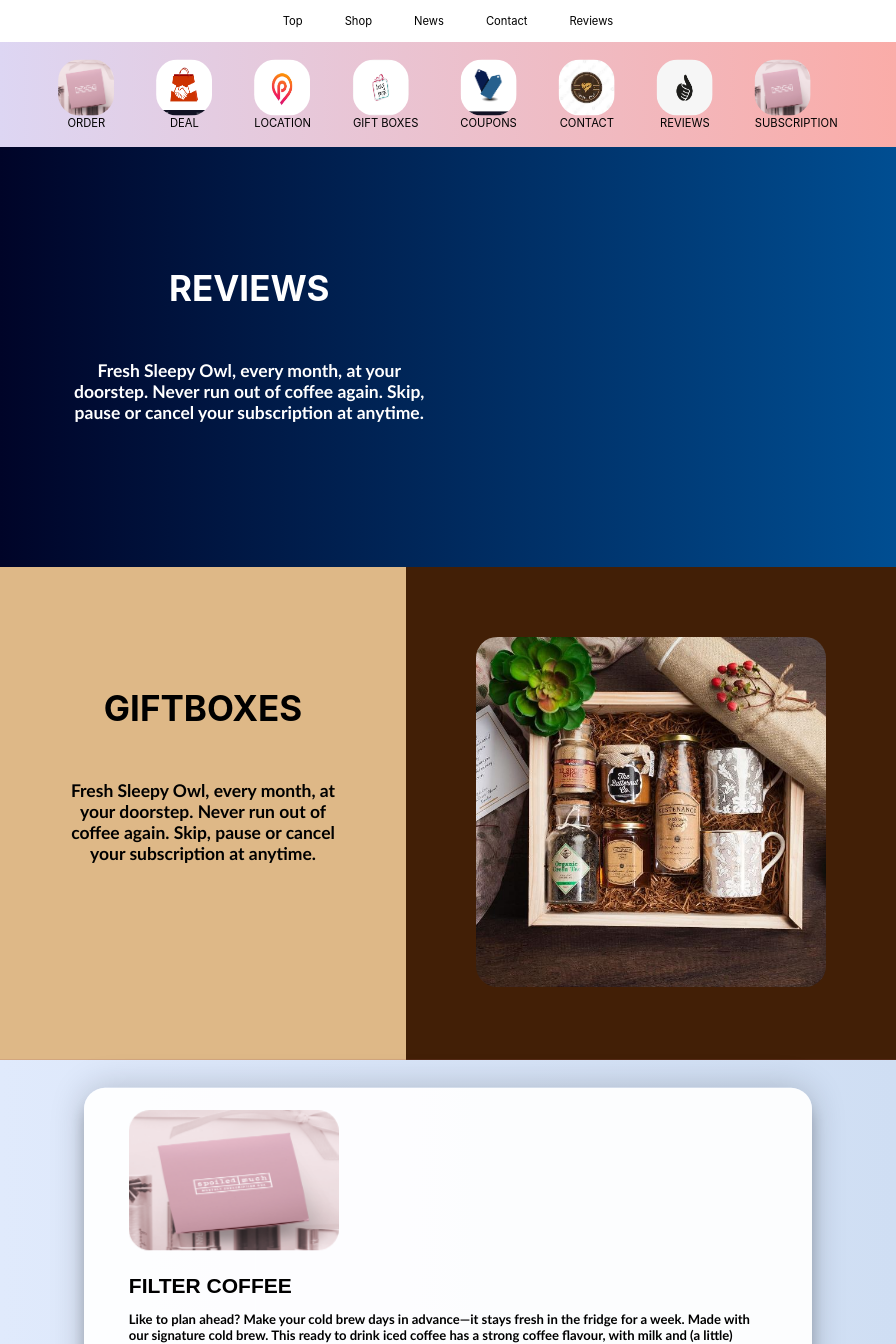
Repository: tusharpasricha/owlsomecoffee
Page: /
An editor plug-in stored every save of this project. The page is shown before and after the next save, followed by the edit.
The browser window is 1280 px wide. The pictures show the part of the page from y = 0 to 1920 px (the page is 3892 px tall), at 70% of full size.
Some web fonts or font styles are not loaded; a fallback is used. The project was rebuilt for these pictures with package versions that can differ from the ones it lists, and the page was loaded fresh each time. Also part of the build but not shown: src/components/coupons.css, src/components/coupons.js, src/components/order.css, src/components/order.js, src/components/location.css, src/components/location.js.

Above is the page before, as saved 2021-09-28 10:40:48.

### src/App.js

//import './App.css';
import Navbar from './components/navbar';
import Bar from './components/bar';
import Subs from './components/subscription';
import Review from './components/review';
import Coupons from './components/coupons';
import Order from './components/order';
import Giftboxes from './components/giftboxes';
import Location from './components/location';
import Deal from './components/deal';
import Beforefootor from './components/beforefootor';
import Footor from './components/footor';
import Blank from './components/blank';
import Contact from './components/contact'










function App() {
  return (
    <div className="App">
     <Navbar></Navbar>
     <Blank></Blank>
     <Bar></Bar>

     <Review></Review>
     <Giftboxes></Giftboxes>
     <Deal></Deal>
     {/* <Order></Order>
     <Location></Location>


     <Coupons></Coupons> */}

     <Contact></Contact>
     <Subs></Subs>
     <Beforefootor></Beforefootor>
    <Footor></Footor>
    </div>
  );
}

export default App;

### src/components/navbar.js
import React from 'react'
import './navbar.css'
import {animateScroll as scroll} from 'react-scroll';
const Navbar = () => {
    return (
      <header className="mobileNav">
    <div className="nav">
<ul className="options">
  <li onClick={(()=> scroll.scrollToTop())}>
  Top</li>
  <li><a href="default.asp">Shop</a></li>
  <li><a href="news.asp">News</a></li>
  <li><a href="contact.asp">Contact</a></li>
  <li><a href="about.asp">Reviews</a></li>
</ul>
    </div>
    </header>
    )
}

export default Navbar

### src/components/bar.js
import React from 'react';
import {Link} from 'react-scroll';
import './bar.css';
import order from './order.jpg';
import deal from './deal.jpg';
import location from './location.jpg';
import coupon from './coupon.jpg';
import gift from './gift.jpg';
import review from './review.jpg';
import subscription from './subscription.png';
import logo from './logo.jfif';

const Bar = () => {
    return (
        <div className="bar">
<ul>
  <li> <img src={subscription}></img> <Link to="order" smooth={true} duration={1000}>ORDER</Link></li>
  <li><img src={deal}></img> <Link to="deal" smooth={true} duration={1000}>DEAL</Link></li>
  <li><img src={location}></img> <Link to="location" smooth={true} duration={1000}>LOCATION</Link></li>
  <li><img src={gift}></img> <Link to="giftboxes" smooth={true} duration={1000}>GIFT BOXES</Link></li>
  <li><img src={coupon}></img> <Link to="coupons" smooth={true} duration={1000}>COUPONS</Link></li>
  <li><img src={logo}></img> <Link to="contact" smooth={true} duration={1000}>CONTACT</Link></li>
  <li><img src={review}></img> <Link to="reviews" smooth={true} duration={1000}>REVIEWS</Link></li>
  <li><img src={subscription}></img> <Link to="subs" smooth={true} duration={1000}>SUBSCRIPTION</Link></li>

</ul>
        </div>
    )
}

export default Bar

### src/components/subscription.js
import React from 'react'
import './subscription.css';

const Subs = () => {
    return (

        <div className="subs" id="subs">
        <section>
        <h1>Subscription</h1>
        <p>Fresh Sleepy Owl, every month, at your doorstep. Never run out of coffee again. Skip, pause or cancel your subscription at anytime.</p>
        </section>

        </div>

    )
}

export default Subs

### src/components/review.js
import React from 'react';
import './review.css';

const Review = () => {
    return (
        <div className="reviews" to="reviews">
        <section>
        <h1>REVIEWS</h1>
        <p>Fresh Sleepy Owl, every month, at your doorstep. Never run out of coffee again. Skip, pause or cancel your subscription at anytime.</p>
        </section>
        </div>
    )
}

export default Review

### src/components/giftboxes.js
import React from 'react';
import './giftboxes.css';
import giftbox from './giftbox.jpg';

const Giftboxes = () => {
    return (
        <div className="giftboxes" to="giftboxes">
        <section className="left">
        <h1>GIFTBOXES</h1>
        <p>Fresh Sleepy Owl, every month, at your doorstep. Never run out of coffee again. Skip, pause or cancel your subscription at anytime.</p>
        </section>
        <section className="right">
            <div className="imgbox">
            <img src={giftbox} className="gimg"></img>
            </div>
        </section>
        </div>
    )
}

export default Giftboxes

### src/components/deal.js
import React from "react";
import './deal.css';
import subscription from './subscription.png';

const Deal = () => {
    return (
        <>
        <div className="cardContainer">
            <div className="singleContainer">
                <div className="card" >
                    <div className="sneaker">
                        <img src={subscription} className="imga" alt="Socks" />
                    </div>
                    <div className="description">
                        <h2 className="title">
FILTER COFFEE</h2>
                        <h3 className="desc">Like to plan ahead? Make your cold brew days in advance—it stays fresh in the fridge for a week. Made with our signature cold brew. This ready to drink iced coffee has a strong coffee flavour, with milk and (a little) sugar.</h3>
                    </div>
                </div>
            </div>
            <div className="singleContainer">
            <div className="card" >
                <div className="sneaker">
                    <img src={subscription} className="imga" alt="Socks" />
                </div>
                <div className="description">
                    <h2 className="title">HOT BREW COFFEE</h2>
                    <h3 className="desc">Brew bags specially created by baristas to make a great cup of coffee in just a few minutes.Like to plan ahead?</h3>
                </div>
            </div>
        </div>


    </div>
    </>
    );
}

export default Deal;

### src/components/beforefootor.js
import React from 'react'
import './beforefootor.css'

const Beforefootor = () => {

    return (
        <div className="beforefootor">
            <section className="info">
                <div className="infopart">
                <p className="tag">Social</p>
                <p className="value">YOUTUBE</p>
                <p className="value">INSTAGRAM</p>
                <p className="value">FACEBOOK</p>
                <p className="value">TWITTER</p>
                </div>
            </section>
            <section className="info">
            <div className="infopart">
                <p className="tag">Contact</p>
                <p className="value">+91 7906438792</p>
                <p className="value">owlsome@gmail.com</p>
                </div>
            </section>
            {/* <section className="info">
                <div className="infopart">
                <p className="tag">Twitter</p>
                <p className="value">Sirjohnson</p>
                </div>
                <div className="infopart">
                <p className="tag">INSTAGRAM</p>
                <p className="value">sirjohnson_socks</p>
                </div>
                <div className="infopart">
                <p className="tag">FACEBOOK</p>
                <p className="value">Sir Johnson Socks</p>
                </div>
            </section> */}


        </div>
    )
}

export default Beforefootor

### src/components/footor.js
import React from 'react'
import './footor.css'

const Footor = () => {
    return (
        <div className="footor">
                owlsome
        </div>
    )
}

export default Footor

### src/components/blank.js
import React from 'react';
import './blank.css';

const Blank = () => {
    return (
        <div className="blank" to="blank">

        </div>
    )
}

export default Blank

### src/components/contact.js
import React from "react";
// import emailjs from 'emailjs-com';
import './contact.css';
// function sendEmail(e){
//     e.preventDefault();
//     console.log('submited')
//     alert("Thank you for your response")

//     emailjs.sendForm('service_v5j0w57', 'template_jckj8km', e.target, 'user_RQy2NQAr1UeMOoaw4Cpgi')
//       .then((result) => {
//           console.log(result.text);
//       }, (error) => {
//           console.log(error.text);
//       });
//       e.target.reset()
// }
const Contact = () => {
    return (
        <>
            <section className="contact" to="contact">
                <form >
                    <label htmlFor="name">Name</label>
                    <input type="text" name="name"/>
                    <label htmlFor="City">City</label>
                    <input type="text" name="city"/>
                    <label htmlFor="email">E-Mail</label>
                    <input type="email" name="email"/>
                    <label>Contact Details</label>
                    <textarea  rows="7" cols="100"  name="message" ></textarea>
                    <button type="submit">Submit</button>
                </form>
            </section>

            </>
    );
    }
export default Contact;

### src/components/navbar.css


.nav{
    position: fixed;
    background-color: rgb(255, 255, 255);
    display: flex;
    justify-content: center;
    height: 60px;
    width: 100%;
    align-items: center;

}
ul{

     display: flex;
     list-style-type: none;
     justify-content: center;
     padding: 2px;
 }
 li{
     padding-right: 40px;
     padding-left: 40px;
 }
 a{
     text-decoration: none;
     color: black;
 }

### src/components/bar.css

.bar{
    background-color: rgba(209, 94, 94, 0.74);
    display: flex;
    justify-content: center;
    height: 150px;
    width: 100%;
    align-items: center;
    background-image: linear-gradient(to right,#ddd6f3,#faaca8);
}
ul{
     display: flex;
     list-style-type: none;
     justify-content: center;
     padding: 2px;
 }
 li{
     display: flex;
     flex-direction: column;
     padding-right: 30px;
     padding-left: 30px;
     text-align: center;

 }
 a{
     text-decoration: none;
     color: black;
 }
img{

    height: 80px;
    width: 80px;
    border-radius: 30px;
}

### src/components/subscription.css
.subs{
    display: flex;
    justify-content: center;
    background-color: rgb(252, 188, 200);
    height: 500px;
    background-image: linear-gradient(to right,#dae2f8,#d6a4a4);
}
section{

    flex-direction: column;
    padding: 100px;
    width: 40%;

}
h1{
    font-size: 50px;
    text-align: center;
    font-weight: bolder;
    padding: 30px;
}
p{
    font-family: 'Trebuchet MS', 'Lucida Sans Unicode', 'Lucida Grande', 'Lucida Sans', Arial, sans-serif;
    text-align: center;
    font-weight: bold;
    font-size: 25px;
}

### src/components/review.css
.reviews{
    background-image: linear-gradient(to right, #000428,#004e92);
    background-color:rgb(0, 0, 0);
    color: white;
    height: 600px;
}

### src/components/giftboxes.css
.giftboxes{
    display: flex;
    background-color:rgb(121, 8, 8);
    flex-direction: row;
    /* height: 600px; */
}
.left{
    background-color: burlywood;
}
.right{
    background-color:rgb(66, 31, 6);

}
.imgbox{

    align-items: center;

}
.gimg{
    height: 500px;
    width: 500px;
}

### src/components/deal.css
.cardContainer {
    display: flex;
    flex-direction: column;
    background-image: linear-gradient(to right,#e0eafc,#cfdef3);
    margin: auto;
    /* perspective: 1000px; */
    padding: 20px 100px;

}

.singleContainer {
    margin-top: 40px;
    display: flex;
    flex-direction: column;

    /* align-items: center;
    justify-content: center; */
    margin: 20px;


}

.card {
    /* transform-style: preserve-3d; */
    background-color: rgba(255, 255, 255, 0.938);
    padding: 2rem 4rem;
    border-radius: 30px;
    box-shadow: 0 20px 20px rgba(0, 0, 0, 0.2), 0px 0px 50px rgba(0, 0, 0, 0.2);
}

.imga {
    width: 300px;
    height: 200px;
    z-index: 23;
    transition: all 0.75 ease-in-out;
}

.sneaker {
    margin-bottom: 30px;
    position: relative;
}

.description h2 {
    margin-bottom: 20px;
    font-size: 30px;
    font-family: 'Poppins', sans-serif;
    transition: all 0.75 ease-in-out;
}

.description h3 {
    margin-bottom: 30px;
    font-family: 'Trebuchet MS', 'Lucida Sans Unicode', 'Lucida Grande', 'Lucida Sans', Arial, sans-serif;    transition: all 0.75 ease-in-out;
}

### src/components/beforefootor.css
/* @import url('https://fonts.googleapis.com/css2?family=Style+Script&display=swap'); */

.beforefootor{
    background-image: linear-gradient(to right, #000428,#004e92);

    display: flex;
}

.info{
    color: rgba(255, 255, 255, 0.849);
    width: 33.333%;
    text-align: center;
    padding: 10PX;

}

.tag{
    color:rgba(255, 255, 255, 0.918);
    font-family: 'Trebuchet MS', 'Lucida Sans Unicode', 'Lucida Grande', 'Lucida Sans', Arial, sans-serif;
}
.value{
 color: rgba(255, 255, 255, 0.87);
 font-family: 'Trebuchet MS', 'Lucida Sans Unicode', 'Lucida Grande', 'Lucida Sans', Arial, sans-serif;
 font-size: 15px;
}

### src/components/footor.css
@import url('https://fonts.googleapis.com/css2?family=Style+Script&display=swap');

.footor{
    padding: 5px;
    margin-top: 2px;
    text-align: center;
    color: white;
    background-color: black;
    font-Family: 'Style Script';
  font-size: 30px;
  }

### src/components/blank.css
.blank{
    background-color:rgb(207, 162, 162);
    height: 60px;
}

### src/components/contact.css
@import url('https://fonts.googleapis.com/css2?family=Roboto+Mono:wght@500&display=swap');

.contact{

    padding: 30px;
}
form {
    /* border: 2px solid coral; */
    width: 50%;
    margin: auto;
    display: flex;

    flex-direction: column;
    padding: 30px;
    background:  #eaeaea;
    border-radius: 5px;
    font-family: 'Roboto Mono', monospace;
    border-color: #d0d0d0;
    color: #000;
}

form label {
    margin-bottom: 10px;
}

form input {
    margin-bottom: 20px;
    padding: 10px 10px;
    border: 1px solid grey;
    border-radius: 2px;
    background: #fff;
    color: #000;
}

form textarea {
    margin-bottom: 30px;
    background: #fff;
}


form button {
    padding: 20px 10px;
    font-size: 20px;
    margin-bottom: 5px;
    background-color: #004e92;
    color: #fff;
    cursor: pointer;
    border-radius: 1rem;
}
form button:hover{
    color: black;
    background-color: white;
}

Loaded but not shown: public/index.html (common file); src/index.js (common file); src/index.css (common file)

After the next save:
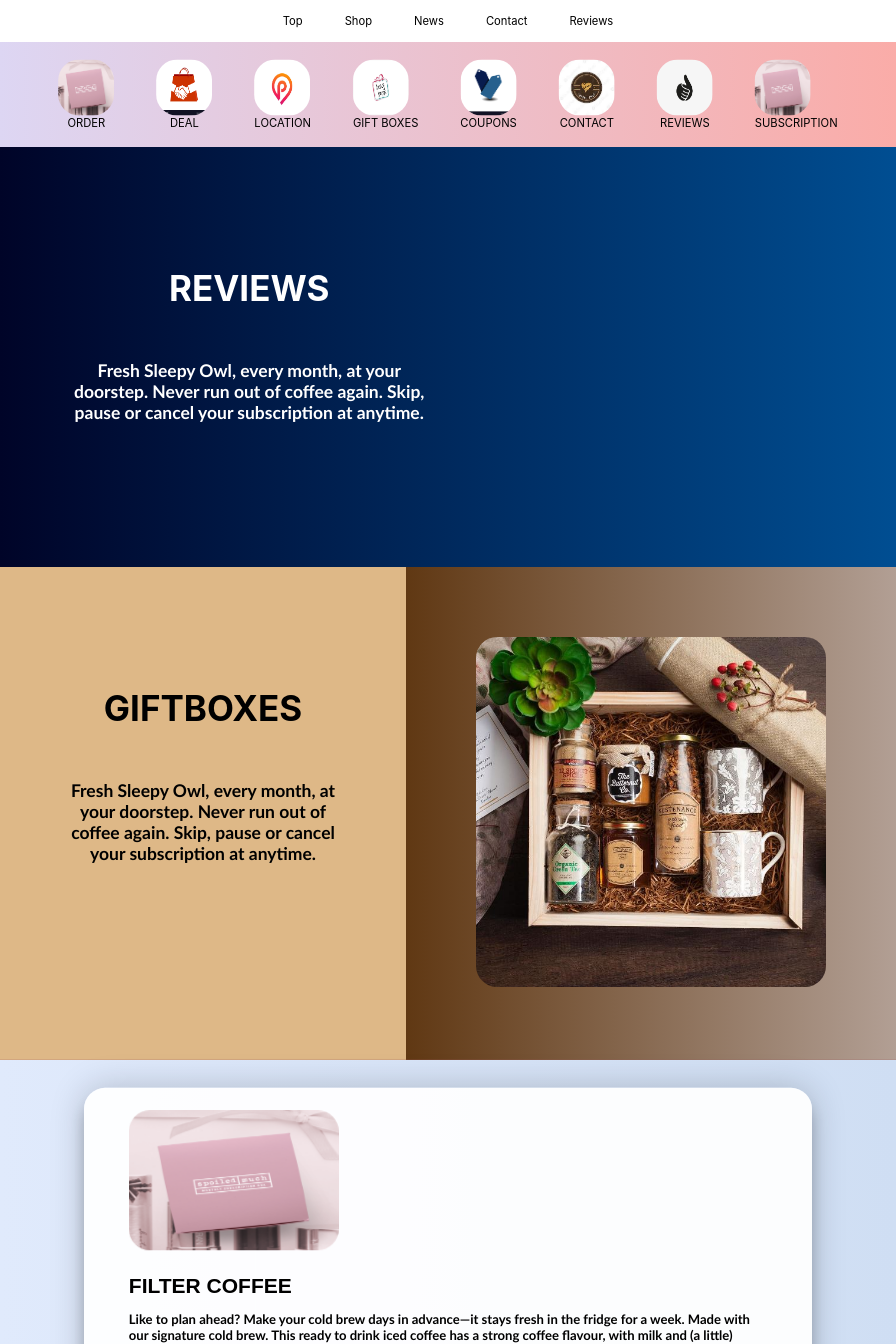
Saved 4 min 13 s later.
--- a/src/components/giftboxes.css
+++ b/src/components/giftboxes.css
@@ -8,8 +8,8 @@
     background-color: burlywood;
 }
 .right{
-    background-color:rgb(66, 31, 6);
-
+    /* background-color:rgb(66, 31, 6); */
+background: linear-gradient(to right ,#603813,#b29f94);
 }
 .imgbox{
 
